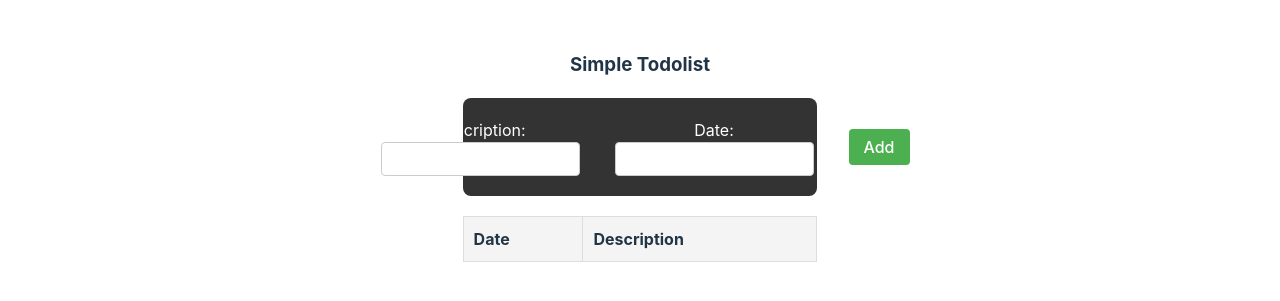
Repository: Aminul-Islam85/Todolist-with-delete
Page: /
An editor plug-in stored every save of this project. The page is shown before and after the next save, followed by the edit.
The browser window is 1280 px wide. The pictures show the whole page.
The project was rebuilt for these pictures with package versions that can differ from the ones it lists, and the page was loaded fresh each time. Also part of the build but not shown: vite.config.js.

Above is the page before, as saved 2024-09-16 23:22:36.

After the next save:
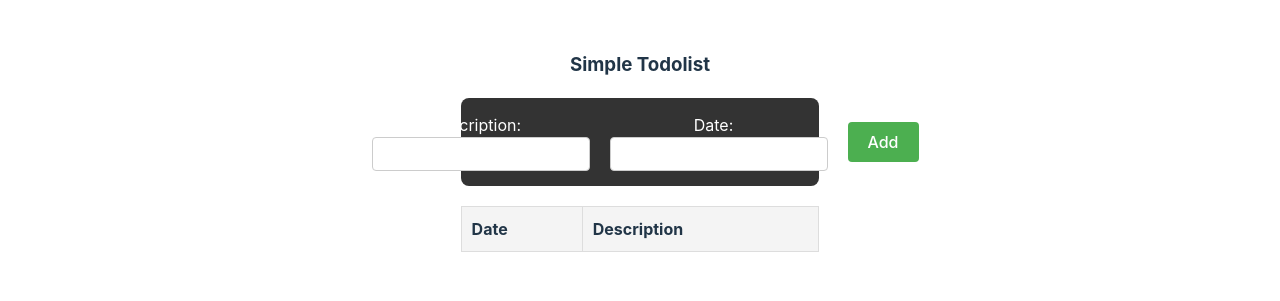
Saved 117 s later.
--- a/src/App.css
+++ b/src/App.css
@@ -42,6 +42,7 @@
 }
 
 
+/* App.css */
 .todo-container {
   width: 50%;
   margin: 0 auto;
@@ -50,31 +51,31 @@
 
 .input-group {
   display: flex;
+  align-items: center;
   justify-content: center;
-  align-items: center;
   margin-bottom: 20px;
   background-color: #333;
-  padding: 20px;
+  padding: 15px;
   border-radius: 8px;
-  color: white;
 }
 
 label {
-  margin-right: 15px;
+  margin-right: 10px;
   font-size: 16px;
+  color: white;
 }
 
 .todo-input, .date-input {
   padding: 8px;
   margin-left: 10px;
-  margin-right: 10px;
   border: 1px solid #ccc;
   border-radius: 4px;
   font-size: 14px;
+  width: 200px;
 }
 
 .add-button {
-  padding: 8px 15px;
+  padding: 10px 20px;
   background-color: #4CAF50;
   color: white;
   border: none;
